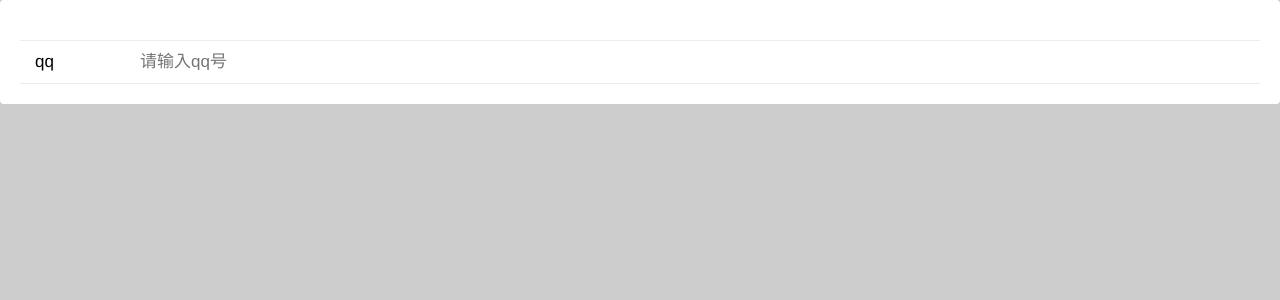
Repository: family-car/car
Page: vehicleEntry.html
These files come from the project's save history. The page is drawn as it stood at one moment and after the next save; the edit follows.
The browser window is 1280 px wide. The pictures show the whole page.

Above is the page before, as saved 2020-05-11 21:08:33.

After the next save:
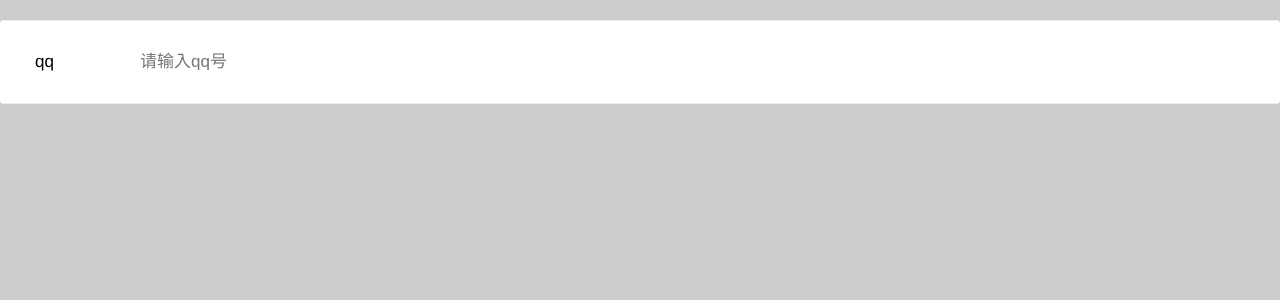
Saved 22 s later.
--- a/src/css/app/vehicleEntry.css
+++ b/src/css/app/vehicleEntry.css
@@ -1,7 +1,7 @@
 body,html{
     background: #ccc;
 }
-.userInfo{
+.userInfo .weui-cells{
     background: #fff;
     padding: 20px;
     border-radius: 4px;
